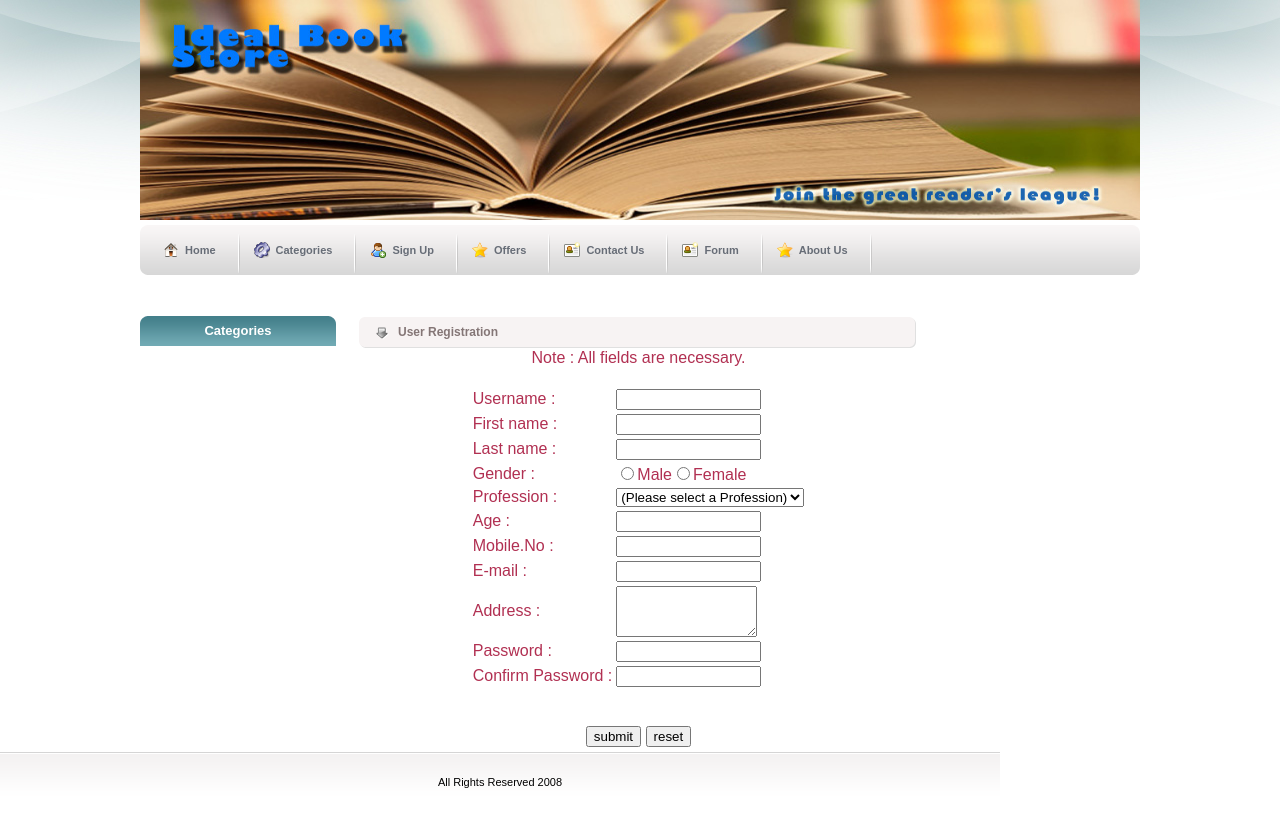
Repository: tusharjain887/Online-Book-Sales
Page: http://localhost/OnlineBook/registration.jsp
The author's editor kept a copy of each file at every save. The page is drawn from the files as they stood at one save, then again after the next save.
The browser window is 1280 px wide. The pictures show the whole page.
The page is served by Tomcat 9. Queries for data that is not in the repository find no rows.

Above is the page before, as saved 2013-04-09 12:39:45.

After the next save:
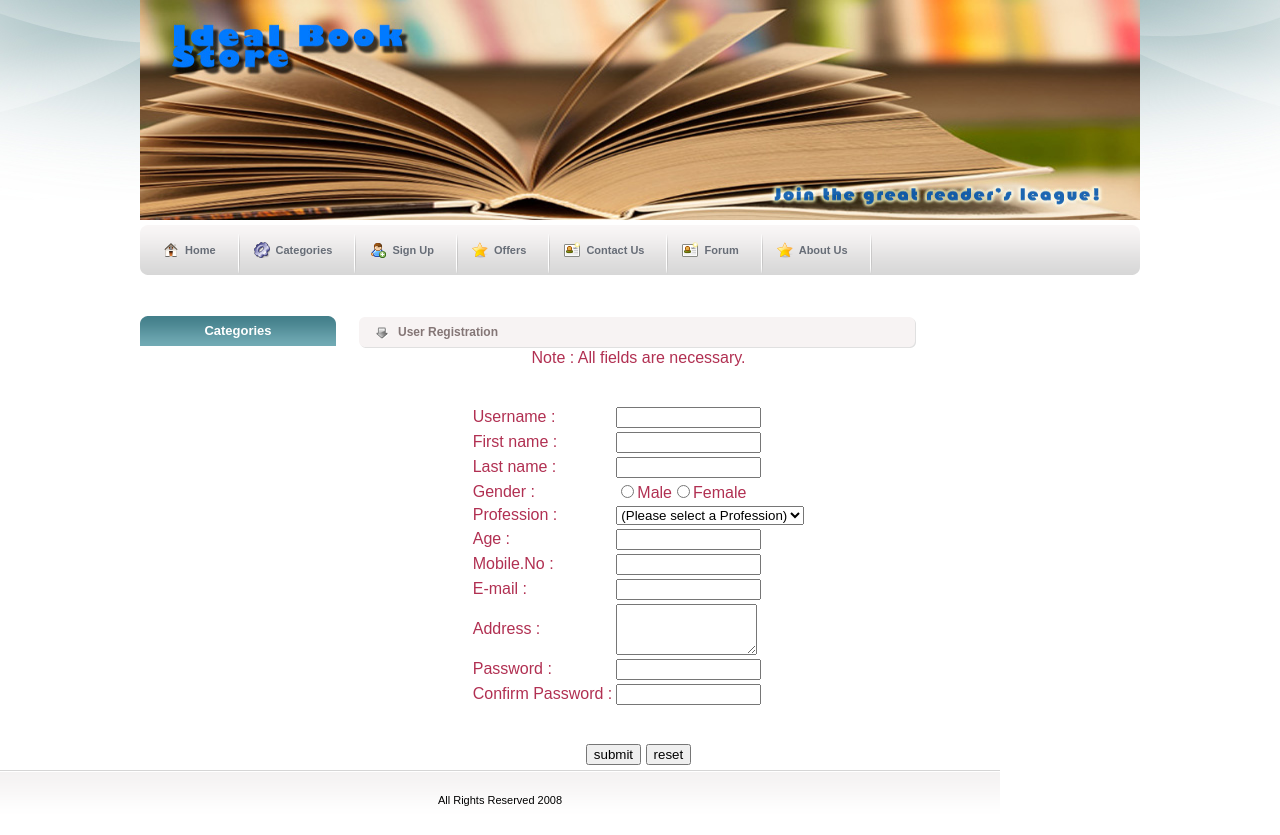
Saved 25 s later.
--- a/PROJECT/workspace/workspace/OnlineBook/WebContent/registration.jsp
+++ b/PROJECT/workspace/workspace/OnlineBook/WebContent/registration.jsp
@@ -263,7 +263,7 @@ return true;
       <form name="myForm" action="registration1.jsp" method="post" onsubmit="return formValidation()">
       <center>
       Note : All fields are necessary.
-</br>
+</br></br>
 <table>
 <h3>
 <tr>
